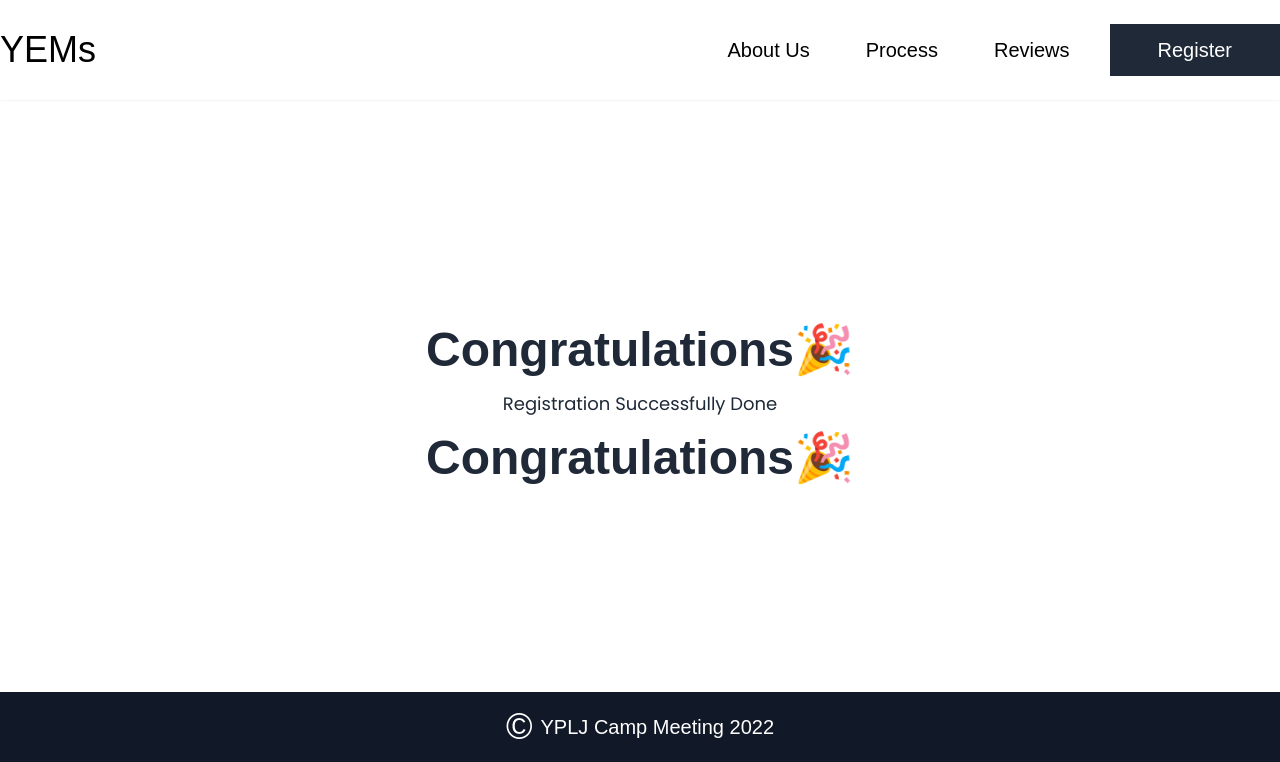
Repository: Ifenna-Pascal/user-camp-onboarding
Page: /dashboard
An editor plug-in stored every save of this project. The page is shown before and after the next save, followed by the edit.
The browser window is 1280 px wide. The pictures show the whole page.
Some web fonts or font styles are not loaded; a fallback is used. The project was rebuilt for these pictures with package versions that can differ from the ones it lists, and the page was loaded fresh each time. The framework's server and built-in components were replaced by stand-ins that run in the browser. Also part of the build but not shown: next.config.js.

Above is the page before, as saved 2022-11-27 08:08:30.

After the next save:
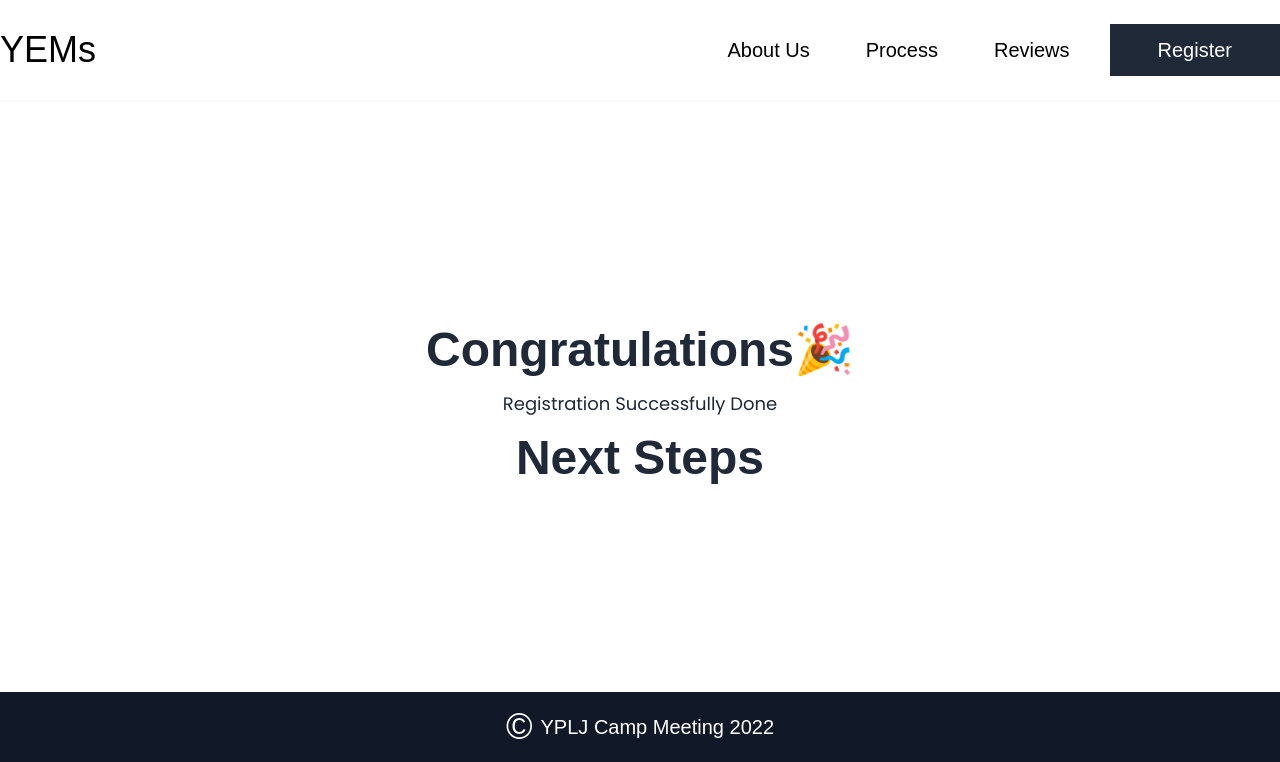
Saved 8 s later.
--- a/pages/dashboard.jsx
+++ b/pages/dashboard.jsx
@@ -11,7 +11,7 @@ function Dashboard() {
       </p>
       <div>
         <h1 className="text-gray-800 text-center lg:text-left text-2xl lg:text-5xl font-semibold font-sono block ">
-          Congratulations🎉
+          Next Steps{" "}
         </h1>
       </div>
     </div>
